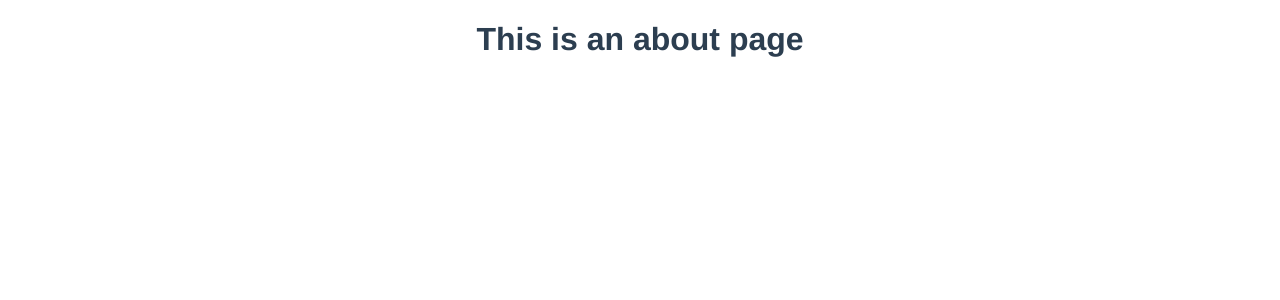
Repository: HeeJeong0718/captin
Page: /about
These files come from the project's save history. The page is drawn as it stood at one moment and after the next save; the edit follows.
The browser window is 1280 px wide. The pictures show the whole page.
The project was rebuilt for these pictures with package versions that can differ from the ones it lists, and the page was loaded fresh each time. Also part of the build but not shown: vue.config.js, src/components/HelloWorld.vue, src/views/HomeView.vue.

Above is the page before, as saved 2022-04-21 23:12:03.

After the next save:
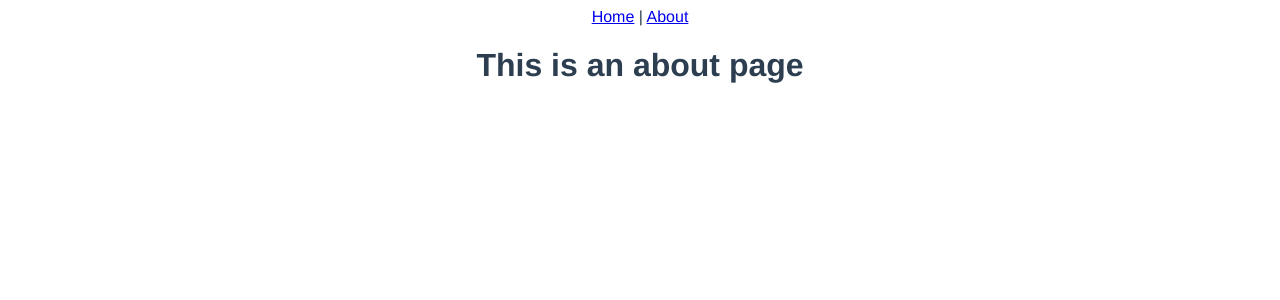
Saved 37 s later.
--- a/src/App.vue
+++ b/src/App.vue
@@ -1,10 +1,18 @@
 <template>
   <div id="app">
-
+    <AppHeader/>
     <router-view/>
   </div>
 </template>
+<script>
+import AppHeader from '@/components/AppHeader.vue';
+export default {
+  components:{
+    AppHeader
+  }
+}
 
+</script>
 <style>
 #app {
   font-family: Avenir, Helvetica, Arial, sans-serif;
